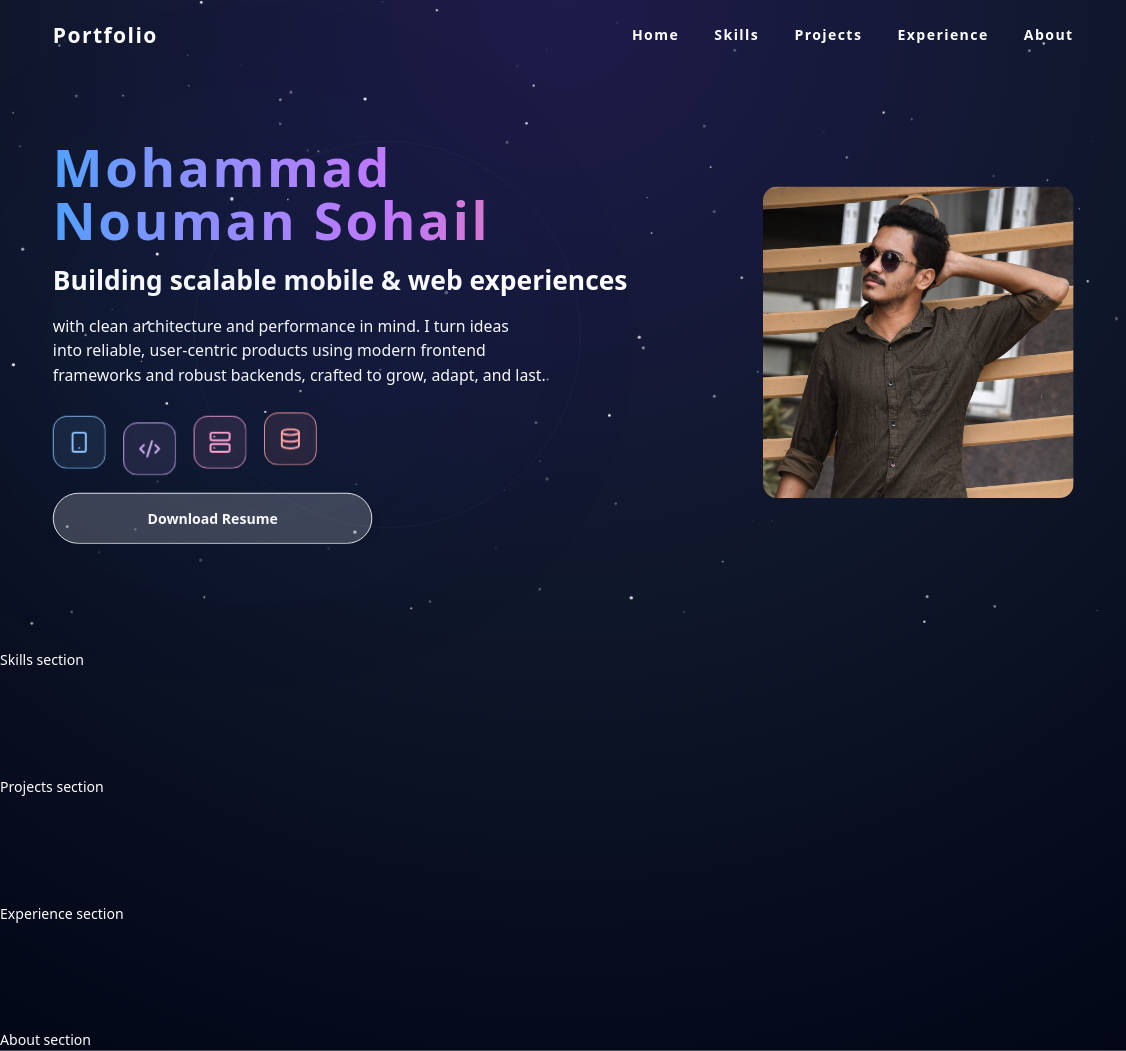
Repository: NoumanSohail/Nouman-Sohail-Portfolio
Page: /
An editor plug-in stored every save of this project. The page is shown before and after the next save, followed by the edit.
The browser window is 1280 px wide. The pictures show the whole page, at 88% of full size.
The project was rebuilt for these pictures with package versions that can differ from the ones it lists, and the page was loaded fresh each time. The framework's server and built-in components were replaced by stand-ins that run in the browser. Also part of the build but not shown: next.config.ts.

Above is the page before, as saved 2026-01-24 21:33:40.

### app/layout.tsx
import type { Metadata } from "next";
import { Geist, Geist_Mono } from "next/font/google";
import "./globals.css";
import Navbar from "./components/header/Navbar";
import StarBackground from "./components/ui/StarBackground";

const geistSans = Geist({
  variable: "--font-geist-sans",
  subsets: ["latin"],
});

const geistMono = Geist_Mono({
  variable: "--font-geist-mono",
  subsets: ["latin"],
});

export const metadata: Metadata = {
  title: "Create Next App",
  description: "Generated by create next app",
};

export default function RootLayout({
  children,
}: Readonly<{
  children: React.ReactNode;
}>) {
  return (
    <html lang="en">
      <body
        className={`${geistSans.variable} ${geistMono.variable} antialiased`}
      >
        <StarBackground />
        <Navbar />
        {children}
      </body>
    </html>
  );
}

### app/page.tsx
import React from 'react'
import Hero from './components/sections/Hero'
import Skills from './components/sections/Skills'
import Projects from './components/sections/Projects'
import Experience from './components/sections/Experience'
import About from './components/sections/About'

const page = () => {
  return (
    <div>
      <Hero />
      <Skills />
      <Projects />
      <Experience />
      <About />
    </div>
  )
}

export default page

### app/globals.css
@import "tailwindcss";

html {
  scroll-behavior: smooth;
}

body {
  overflow-x: hidden;
  position: relative;
  background: radial-gradient(circle at 50% 0%, #1e1b4b, #0f172a, #020617);
  min-height: 100vh;
}

### app/components/header/Navbar.tsx
"use client";

import { useEffect, useState } from "react";
import { navLinks } from "@/app/data";
import Link from "next/link";
import { Menu, X } from "lucide-react";

const Navbar = () => {
  const [isScrolled, setIsScrolled] = useState(false);
  const [menuOpen, setMenuOpen] = useState(false);

  useEffect(() => {
    const handleScroll = () => setIsScrolled(window.scrollY > 20);
    window.addEventListener("scroll", handleScroll);
    return () => window.removeEventListener("scroll", handleScroll);
  }, []);

  return (
    <header
      className={`fixed top-0 left-0 right-0 z-50 transition-all ${
        isScrolled
          ? "bg-transparent backdrop-blur-md border-b border-white/20 shadow-lg py-3"
          : "bg-transparent py-6"
      }`}
    >
      <div className="w-full mx-auto max-w-384 flex items-center justify-between px-5 md:px-10 lg:px-15 text-white tracking-widest">
        <h1 className="font-bold text-2xl">Portfolio</h1>

        {/* large displays like laptops */}
        <nav className="hidden lg:flex">
          {navLinks.map((links) => (
            <div key={links.name} className="flex ml-10 font-semibold">
              <Link href={links.id}>{links.name}</Link>
            </div>
          ))}
        </nav>

        {/* Mobile Hamburger */}
        <div className="lg:hidden flex items-center justify-center">
          <button
            onClick={() => setMenuOpen(!menuOpen)}
            className="text-zinc-400"
          >
            <Menu size={30} />
          </button>
        </div>

        {menuOpen && (
          <div className="fixed inset-0 h-screen flex justify-end bg-black/40 backdrop-blur-sm">
            <div className="relative h-full w-[60%] bg-[#0f172a] text-white flex items-center transition-transform duration-300 translate-x-0">
              <button
                onClick={() => setMenuOpen(false)}
                className={`absolute top right-5 md:right-10 text-white ${isScrolled ? "top-3" : "top-6"}`}
              >
                <X size={30} />
              </button>

              <nav className="flex flex-col p-10 gap-10 mt-20">
                {navLinks.map((links) => (
                  <Link
                    key={links.name}
                    href={links.id}
                    onClick={() => setMenuOpen(false)}
                    className="font-semibold"
                  >
                    {links.name}
                  </Link>
                ))}
              </nav>
            </div>
          </div>
        )}
      </div>
    </header>
  );
};

export default Navbar;

### app/components/ui/StarBackground.tsx
"use client";

import { useEffect, useRef } from "react";

const StarBackground = () => {
  const canvasRef = useRef<HTMLCanvasElement | null>(null);

  useEffect(() => {
    const canvas = canvasRef.current;
    if (!canvas) return;

    const ctx = canvas.getContext("2d");
    if (!ctx) return;

    let stars: any[] = [];
    const STAR_COUNT = 120;

    const resize = () => {
      canvas.width = window.innerWidth;
      canvas.height = window.innerHeight;
    };

    resize();
    window.addEventListener("resize", resize);

    // Create stars
    stars = Array.from({ length: STAR_COUNT }).map(() => ({
      x: Math.random() * canvas.width,
      y: Math.random() * canvas.height,
      radius: Math.random() * 1.5 + 0.5,
      speed: Math.random() * 0.3 + 0.1,
      opacity: Math.random(),
    }));

    const animate = () => {
      ctx.clearRect(0, 0, canvas.width, canvas.height);

      stars.forEach((star) => {
        star.y += star.speed;
        if (star.y > canvas.height) {
          star.y = 0;
          star.x = Math.random() * canvas.width;
        }

        ctx.beginPath();
        ctx.arc(star.x, star.y, star.radius, 0, Math.PI * 2);
        ctx.fillStyle = `rgba(255,255,255,${star.opacity})`;
        ctx.fill();
      });

      requestAnimationFrame(animate);
    };

    animate();

    return () => window.removeEventListener("resize", resize);
  }, []);

  return (
    <canvas
      ref={canvasRef}
      className="fixed inset-0 pointer-events-none -z-10"
    />
  );
};

export default StarBackground;

### app/components/sections/Hero.tsx
"use client";

import { personaldetails } from "@/app/data";
import Image from "next/image";
import me from "@/public/images/me.jpg";
import { Code2, Database, Server, Smartphone } from "lucide-react";
import { motion } from "framer-motion";
import Button from "../ui/Button";

const Hero = () => {
  return (
    <section
      id="home"
      className="scroll-mt-40 w-full mx-auto max-w-384 px-5 md:px-10 lg:px-15 text-white mt-30 xl:mt-40 overflow-hidden"
    >
      {/* Central Glowing Orb */}
      <div
        className="absolute hidden lg:block lg:left-55 xl:left-0 w-[45%] h-[45%] bg-blue-700/50 rounded-full
          blur-[120px] opacity-10 animate-pulse [animation-delay:2000ms] z-0
        "
      />

      {/* Orbiting Elements */}
      <div
        className="absolute hidden lg:block left-55 w-110 h-110 border border-white/5 rounded-full
          animate-spin [animation-duration:20s] z-10
        "
      />

      <div className="flex flex-col lg:flex-row items-center justify-center gap-7 lg:gap-20 text-center lg:text-start">
        <div className="flex flex-col gap-5">
          <motion.div
            initial={{ x: -100, opacity: 0 }}
            whileInView={{ x: 0, opacity: 1 }}
            viewport={{ once: false, amount: 0.5 }}
            transition={{ duration: 0.5, ease: "easeOut" }}
            className="flex flex-col gap-5"
          >
            <h1 className="font-black text-4xl lg:text-5xl xl:text-6xl tracking-wider text-balance text-transparent bg-clip-text bg-linear-to-r from-blue-400 via-purple-400 to-red-400">
              {personaldetails.name}
            </h1>
            <h2 className="font-semibold text-2xl lg:text-3xl">
              {personaldetails.tagline}
            </h2>
            <p className="lg:text-lg lg:text-balance">
              {personaldetails.statement}
            </p>
          </motion.div>

          <motion.div
            initial={{ scale: 0.8, opacity: 0 }}
            whileInView={{ scale: 1, opacity: 1 }}
            viewport={{ once: false, amount: 0.5 }}
            transition={{
              duration: 0.5,
              ease: "easeOut",
            }}
            className="flex flex-col gap-5 mt-5 items-center justify-center lg:items-start lg:justify-start"
          >
            <div className="flex gap-5">
              <Smartphone
                size={60}
                className="p-4 border rounded-2xl backdrop-blur-xs bg-blue-300/10 hover:scale-110
                        border-blue-300  hover:border-blue-300 text-blue-300 hover:text-blue-300
                        transition-all duration-300 animate-bounce [animation-delay:0ms]"
              />
              <Code2
                size={60}
                className="p-4 border rounded-2xl backdrop-blur-xs bg-purple-300/10 hover:scale-110
                        border-purple-300 hover:border-purple-300 text-purple-300 hover:text-purple-300
                        transition-all duration-300 animate-bounce [animation-delay:100ms]"
              />
              <Server
                size={60}
                className="p-4 border rounded-2xl backdrop-blur-xs bg-pink-300/10 hover:scale-110
                        border-pink-300 hover:border-pink-300 text-pink-300 hover:text-pink-300
                        transition-all duration-300 animate-bounce [animation-delay:200ms]"
              />
              <Database
                size={60}
                className="p-4 border rounded-2xl backdrop-blur-xs bg-red-300/10 hover:scale-110
                        border-red-300 hover:border-red-300 text-red-300 hover:text-red-300
                        transition-all duration-300 animate-bounce [animation-delay:300ms]"
              />
            </div>

            <Button title="Download Resume" onClick={() => {}} className="border border-white-300 bg-white/20 p-4 w-[70%] lg:w-[50%] rounded-full" />
          </motion.div>
        </div>

        <motion.div
          initial={{ x: 100, opacity: 0 }}
          whileInView={{ x: 0, opacity: 1 }}
          viewport={{ once: false, amount: 0.3 }}
          transition={{ duration: 0.5, ease: "easeOut" }}
        >
          <Image
            src={me}
            alt={personaldetails.name}
            height={350}
            width={350}
            className="rounded-2xl lg:h-3xl lg:w-3xl"
          />
        </motion.div>
      </div>
    </section>
  );
};

export default Hero;

### app/components/sections/Skills.tsx

const Skills = () => {
  return (
    <section id="skills" className="h-fit">
      <div className="text-white pt-30">Skills section</div>
    </section>
  );
};

export default Skills;

### app/components/sections/Projects.tsx

const Projects = () => {
  return (
    <section id="projects" className="h-fit">
      <div className="text-white pt-30">Projects section</div>
    </section>
  )
}

export default Projects

### app/components/sections/Experience.tsx

const Experience = () => {
  return (
    <section id="experience" className="h-fit">
      <div className="text-white pt-30">Experience section</div>
    </section>
  );
};

export default Experience;

### app/components/sections/About.tsx

const About = () => {
  return (
    <section id="about" className="h-fit">
      <div className="text-white pt-30">About section</div>
    </section>
  )
}

export default About

### app/data.tsx
export const navLinks = [
  { name: "Home", id: "/#home" },
  { name: "Skills", id: "/#skills" },
  { name: "Projects", id: "/#projects" },
  { name: "Experience", id: "/#experience" },
  { name: "About", id: "/#about" },
];

export const personaldetails = {
  name: "Mohammad Nouman Sohail",
  role: "Full Stack Mobile & Web Developer",
  tagline: "Building scalable mobile & web experiences",
  statement:
    "with clean architecture and performance in mind. I turn ideas into reliable, user-centric products using modern frontend frameworks and robust backends, crafted to grow, adapt, and last.",
};

### app/components/ui/Button.tsx
import { ReactNode } from "react";

interface ButtonProps {
  title: string;
  onClick: () => void;
  type?: "button" | "submit";
  disabled?: boolean;

  /* 🔹 Optional Icon */
  icon?: ReactNode;
  iconPosition?: "left" | "right";

  /* 🔹 External Styles */
  className?: string;
}

const Button = ({
  title,
  onClick,
  type = "button",
  disabled = false,
  icon,
  iconPosition = "left",
  className = "",
}: ButtonProps) => {
  return (
    <button
      type={type}
      onClick={!disabled ? onClick : undefined}
      disabled={disabled}
      className={`
        group
        font-bold shadow-lg
        transition-all transform
        flex items-center justify-center gap-2
        duration-300
        ${
          disabled
            ? "bg-(--color-gray) text-white cursor-not-allowed opacity-70 transition-all duration-300"
            : "bg-(--color-primary) text-white hover:bg-gray-300 hover:scale-105 cursor-pointer transition-all duration-300"
        }

        ${className}
      `}
    >
      {/* ICON LEFT */}
      {icon && iconPosition === "left" && (
        <span className="button-icon flex items-center">{icon}</span>
      )}

      <span>{title}</span>

      {/* ICON RIGHT */}
      {icon && iconPosition === "right" && (
        <span className="button-icon flex items-center">{icon}</span>
      )}
    </button>
  );
};

export default Button;

After the next save:
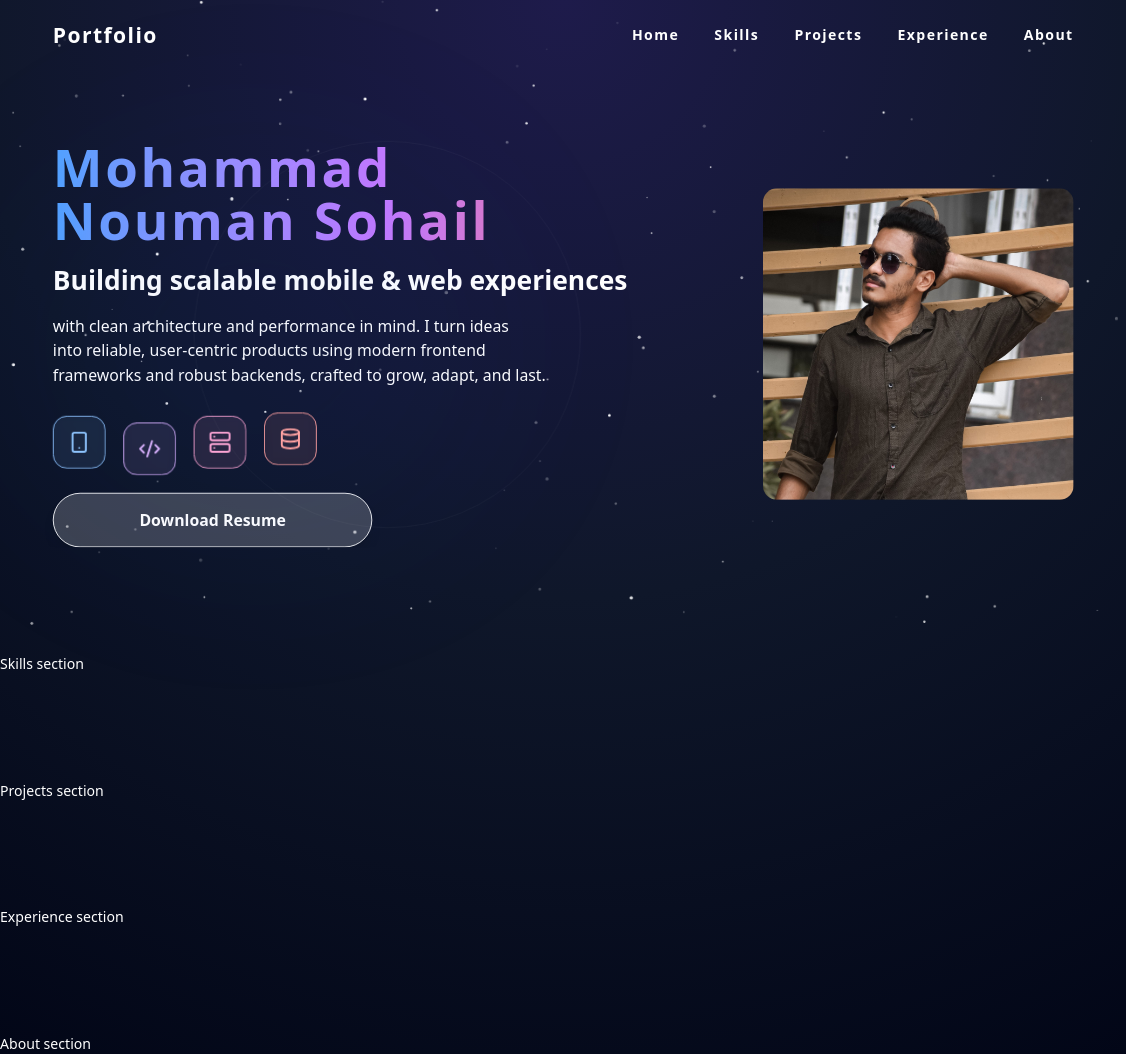
Saved 28 s later.
--- a/app/components/sections/Hero.tsx
+++ b/app/components/sections/Hero.tsx
@@ -84,7 +84,7 @@ const Hero = () => {
               />
             </div>
 
-            <Button title="Download Resume" onClick={() => {}} className="border border-white-300 bg-white/20 p-4 w-[70%] lg:w-[50%] rounded-full" />
+            <Button title="Download Resume" onClick={() => {}} className="border border-white-300 bg-white/20 p-4 w-[70%] lg:w-[50%] rounded-full md:text-lg" />
           </motion.div>
         </div>
 
